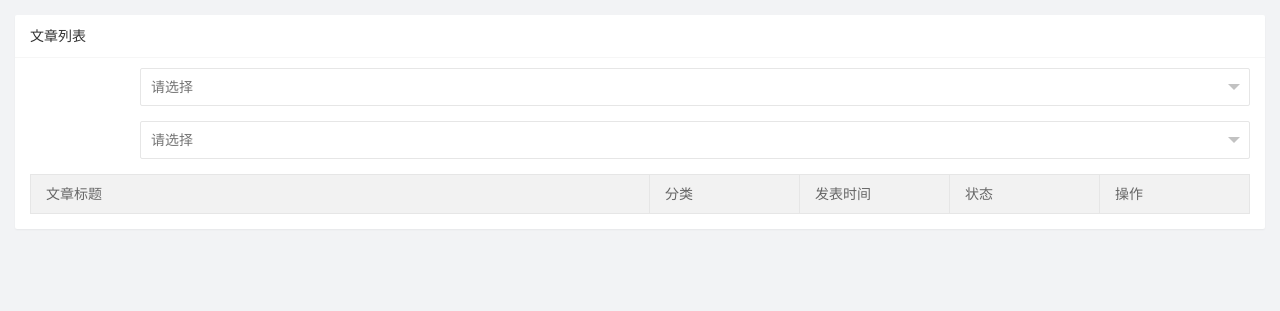
Repository: haloxxi/web_bigevent
Page: article/art-list.html
An editor plug-in stored every save of this project. The page is shown before and after the next save, followed by the edit.
The browser window is 1280 px wide. The pictures show the whole page.
The page's requests for data from a server got no answer.

Above is the page before, as saved 2022-06-29 15:37:52.
Console error: TypeError: Cannot read properties of undefined (reading 'status')

After the next save:
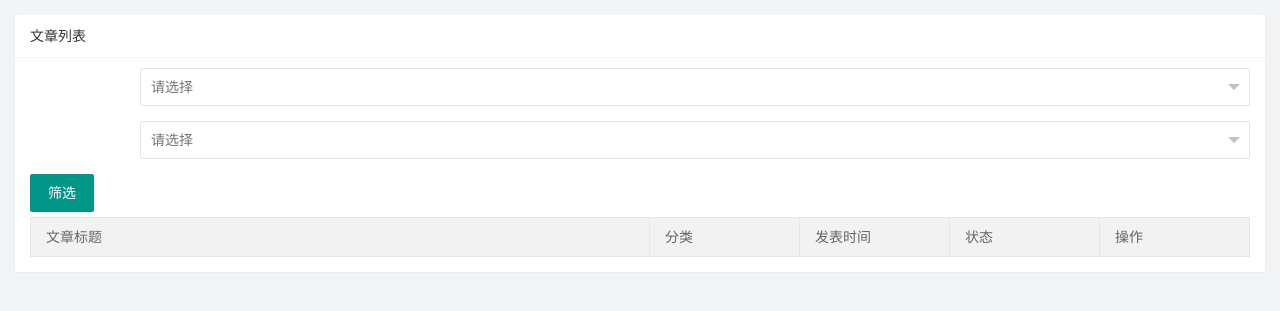
Saved 85 s later.
--- a/article/art-list.html
+++ b/article/art-list.html
@@ -41,6 +41,7 @@
                       </select>
                     </div>
                 </div>
+                <button class="layui-btn" lay-submit lay-filter="formDemo">筛选</button>
             </form>
             <!-- 列表区域 -->
             <table class="layui-table">
